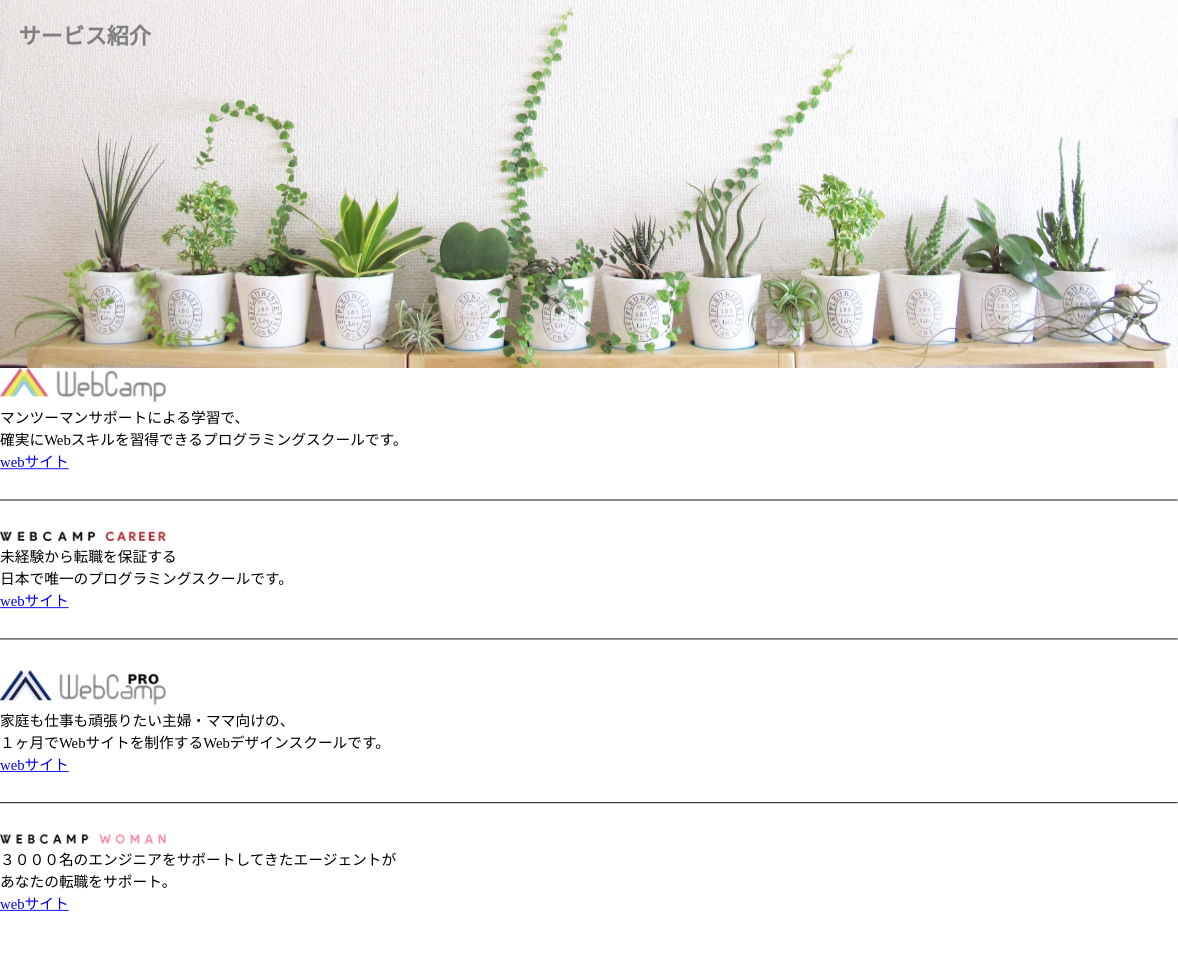
Repository: Yuki-Kawagoe/chapter4
Page: chapter7/index.html
The author's editor kept a record of every edit. The page is drawn from the files as they stood at one moment, then again after the next edit.
The browser window is 1280 px wide. The pictures show the whole page, at 92% of full size.

Above is the page before.

### chapter7/index.html
<!DOCTYPE html>
  <html lang="ja">

  <head>
    <meta charset="UTF-8" />
      <link rel="stylesheet" href="style.css" />
        <title>CHAPTER7</title>
  </head>

  <body>

  <section class="main-visual">
    <h1 class="headline">サービス紹介</h1>
      </section>


    <section class="content1">
      <img src="img/wc-logo.png"></img>
      <p>マンツーマンサポートによる学習で、</br>
      確実にWebスキルを習得できるプログラミングスクールです。</p>
        <a href="index.html">webサイト</a>

      </section>

    <section class="content2">
      <img src="img/wcc-logo.png"></img>
      <p>未経験から転職を保証する</br>
      日本で唯一のプログラミングスクールです。</p>
        <a href="index.html">webサイト</a>

      </section>

    <section class="content3">
      <img src="img/wcp-logo.png"></img>
      <p>家庭も仕事も頑張りたい主婦・ママ向けの、</br>
        １ヶ月でWebサイトを制作するWebデザインスクールです。</p>
        <a href="index.html">webサイト</a>
      </section>

    <section class="content4">
      <img src="img/wcw-logo.png"></img>
      <p>３０００名のエンジニアをサポートしてきたエージェントが</br>
      あなたの転職をサポート。</p>
      <a href="index.html">webサイト</a>

      </section>


  </body>


  </html>

### chapter7/style.css
* {
  margin: 0px;
  padding: 0px;
  box-sizing: border-box;
}


.main-visual {
  width: 100%;
  height: 400px;
  background-image: url(img/mv.jpg);
  background-position: bottom;
  background-size: cover;
}

h1 {
  padding: 20px;
  color: grey;
}

.main-content {
  width: 840px;
  margin:50px auto;
}

.content1 {
  padding-bottom: 30px;
  border-bottom: 1px solid black;
}

.content2 {
  margin:30px auto;
  padding-bottom: 30px;
  border-bottom: 1px solid black;
}

.content3 {
  margin :30px auto;
  padding-bottom: 30px;
  border-bottom: 1px solid black;
}


.content4 {
  margin-bottom: 50px;
}

After the next edit:
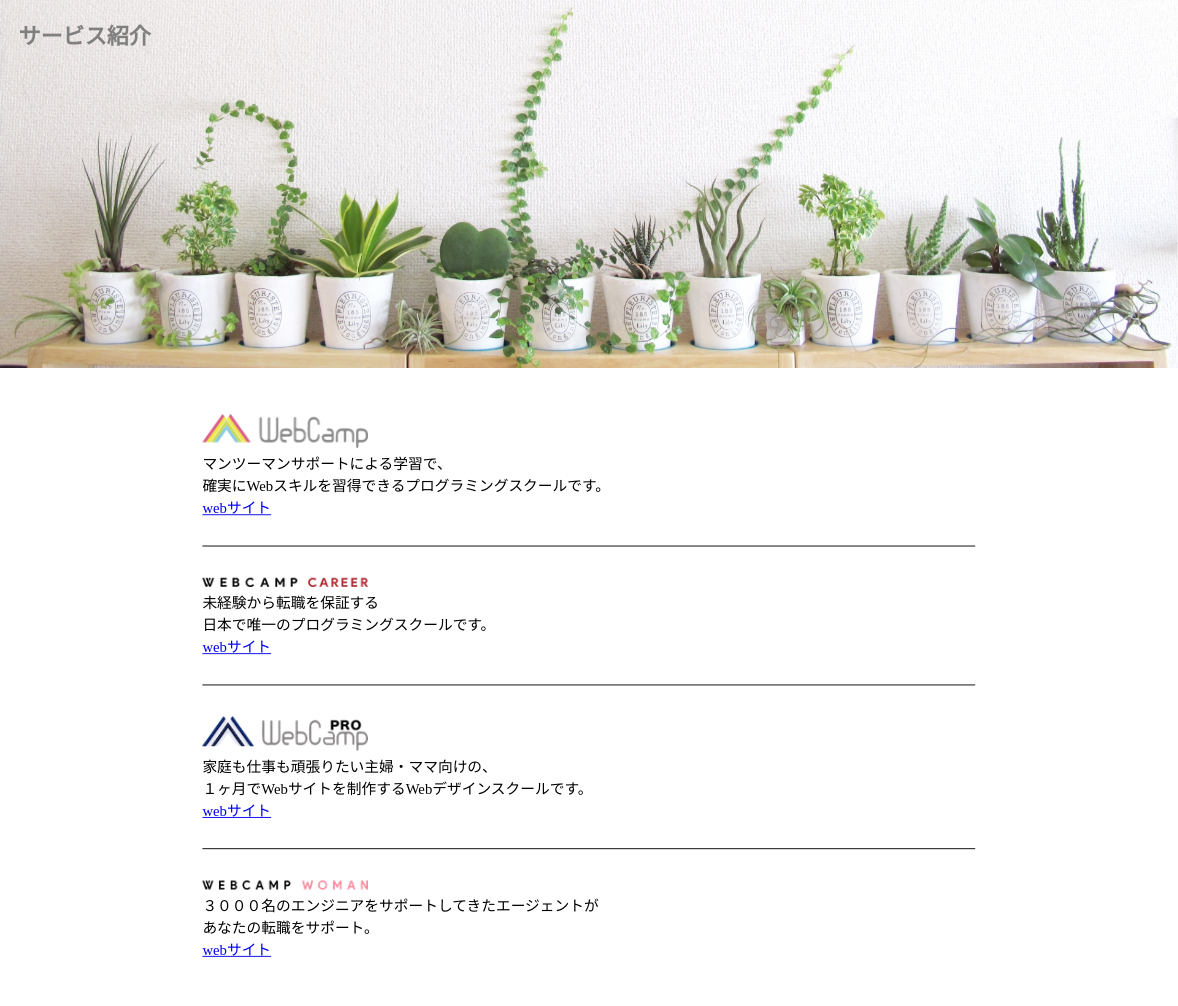
The edit:
--- a/chapter7/index.html
+++ b/chapter7/index.html
@@ -13,7 +13,7 @@
     <h1 class="headline">サービス紹介</h1>
       </section>
 
-
+  <section class="main-content">
     <section class="content1">
       <img src="img/wc-logo.png"></img>
       <p>マンツーマンサポートによる学習で、</br>
